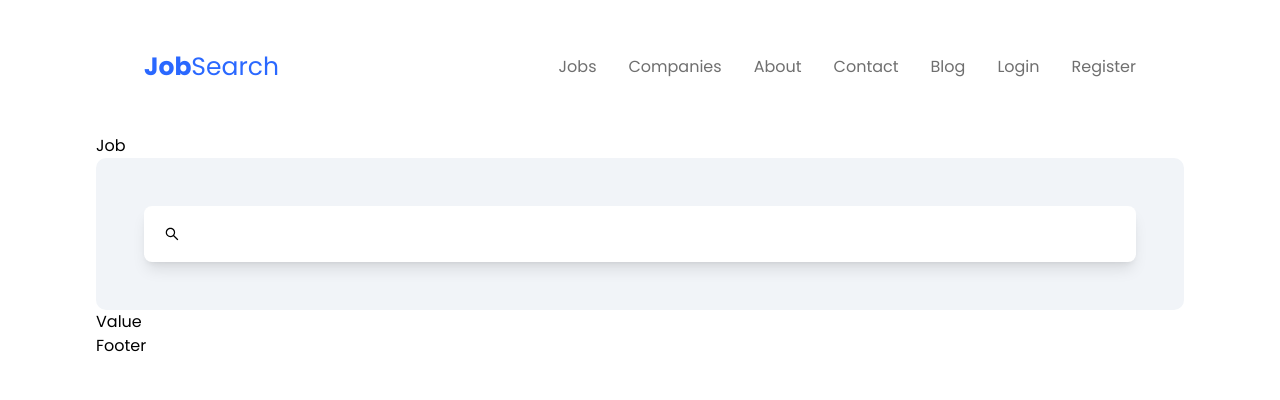
Repository: countaustin1990/Job-Search-website
Page: / (app in vite-project/)
These files come from the project's save history. The page is drawn as it stood at one moment and after the next save; the edit follows.
The browser window is 1280 px wide. The pictures show the whole page.
The project was rebuilt for these pictures with package versions that can differ from the ones it lists, and the page was loaded fresh each time. Also part of the build but not shown: vite-project/vite.config.js.

Above is the page before, as saved 2023-08-12 15:16:48.

### vite-project/index.html
<!doctype html>
<html lang="en">
  <head>
    <meta charset="UTF-8" />
    <link rel="icon" type="image/svg+xml" href="/vite.svg" />
    <meta name="viewport" content="width=device-width, initial-scale=1.0" />
    <title>Vite + React</title>
  </head>
  <body>
    <div id="root"></div>
    <script type="module" src="/src/main.jsx"></script>
  </body>
</html>

### vite-project/src/App.jsx
import NavBar from './components/NavBar'
import Job from './components/Job'
import Value from './components/Value'
import Search from './components/Search'
import Footer from './components/Footer'

const App = () => {
  return(
    <div className='w-[85%] m-auto bg-white'>
      <NavBar/>
      <Job/>
      <Search/>
      <Value/>
      <Footer/>
    </div>
  )
}



export default App

### vite-project/src/index.css
@import url("https://fonts.googleapis.com/css2?family=Poppins:wght@200;300;400;500;600;700;800;900&display=swap");

@tailwind base;
@tailwind components;
@tailwind utilities;

:root{
  font-family: 'Poppins', sans-serif;
}

body{
  background: white;
}

li{
  list-style: none;
  cursor: pointer;
  position: relative;
}

li:hover::before{
  position: absolute;
  content: '';
  height: 4px;
  width: 100%;
  background: #2a68ff;
  right: 0;
  bottom: -10px;
  color: #2a68ff;
}

.icon{
  cursor: pointer;
}

.card{
  background: #000;
}

### vite-project/src/components/NavBar.jsx


const NavBar = () => {
    return(
        <div className='navBar flex justify-between items-center p-[3rem]'>
            <div className="logoDiv">
                <h1 className='logo text-[25px] text-blueColor'>
                    <strong>Job</strong>Search
                </h1>
            </div>

            <div className="menu flex gap-8">
                <li className="menuList text-[#6f6f6f] hover:text-blueColor">Jobs</li>
                <li className="menuList text-[#6f6f6f] hover:text-blueColor">Companies</li>
                <li className="menuList text-[#6f6f6f] hover:text-blueColor">About</li>
                <li className="menuList text-[#6f6f6f] hover:text-blueColor">Contact</li>
                <li className="menuList text-[#6f6f6f] hover:text-blueColor">Blog</li>
                <li className="menuList text-[#6f6f6f] hover:text-blueColor">Login</li>
                <li className="menuList text-[#6f6f6f] hover:text-blueColor">Register</li>
            </div>

        </div>
    )
}

export default NavBar

### vite-project/src/components/Job.jsx


 const Job = () => {
    return(
        <div>Job</div>
    )
 }

 export default Job

### vite-project/src/components/Value.jsx


const Value = () => {
    return(
        <div>Value</div>
    )
}

export default Value

### vite-project/src/components/Search.jsx
import { AiOutlineSearch } from 'react-icons/ai'

const Search = () => {
    return(
        <div className='SearchDiv grid gp-10 bg-greyIsh rounded-[10px] p-[3rem]'>
            <form action=''>
                <div className='firstDiv flex justified-between items-center rounded-[8px] gap-[10px] bg-white p-5 shadow-lg shadow-greyIsh-700'>
                    <div className='flex gap-2 items-center'>
                       <div className="flex gap-2 items-center">
                            <AiOutlineSearch/>
                        </div>
                    </div>
                </div>
            </form>
        </div>
    )
}

export default Search

### vite-project/src/components/Footer.jsx


const Footer = () => {
    return(
        <div>Footer</div>
    )
}

export default Footer

### vite-project/tailwind.config.js
/** @type {import('tailwind').Config} */
export default {
  content: [
    "./index.html",
    "./src/**/*.{js,jsx}",
  ],
  theme: {
    extend: {
      colors: {
      'blueColor': '#2a68ff',
      'greyIsh': '#f1f4f8',
      'cardShadow': '#f7f8f9',
      'textColor': '#252b36',
      }
    },
  },
  plugins: [],
}

Loaded but not shown: vite-project/src/main.jsx (common file)

After the next save:
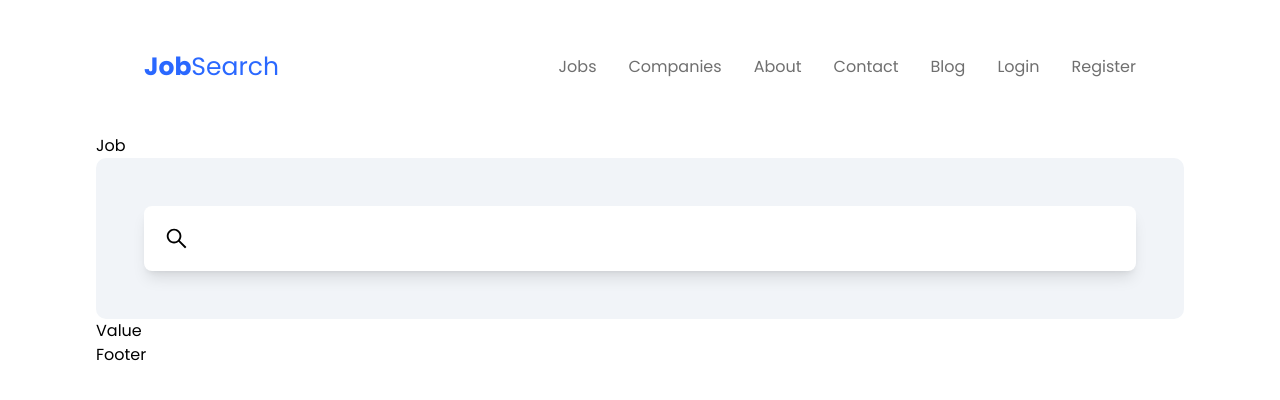
Saved 98 s later.
--- a/vite-project/src/components/Search.jsx
+++ b/vite-project/src/components/Search.jsx
@@ -7,7 +7,7 @@ const Search = () => {
                 <div className='firstDiv flex justified-between items-center rounded-[8px] gap-[10px] bg-white p-5 shadow-lg shadow-greyIsh-700'>
                     <div className='flex gap-2 items-center'>
                        <div className="flex gap-2 items-center">
-                            <AiOutlineSearch/>
+                            <AiOutlineSearch className='text-[25px] icon'/>
                         </div>
                     </div>
                 </div>
